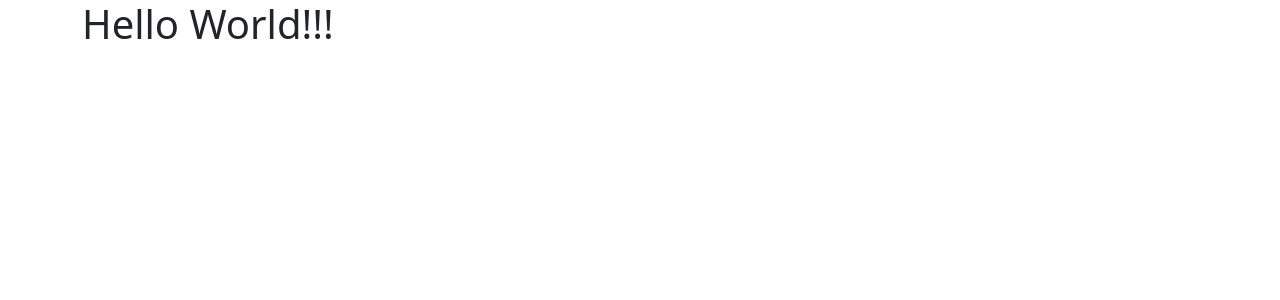
Repository: mennaabdelelhady/PHP-CRUD
Page: http://localhost/
These files come from the project's save history. The page is drawn as it stood at one moment and after the next save; the edit follows.
The browser window is 1280 px wide. The pictures show the whole page.
The page is run by PHP 8.4 with error messages shown; the project is at /var/www/html/.

Above is the page before, as saved 2024-12-30 01:30:55.

### public/index.php
<?php

$title ="Simple PHP CRUD - Contacts";

?>

<!DOCTYPE html>
<html lang="en">
<head>
    <meta charset="UTF-8">
    <meta name="viewport" content="width=device-width, initial-scale=1.0">
    <link href="https://cdn.jsdelivr.net/npm/bootstrap@5.3.3/dist/css/bootstrap.min.css" rel="stylesheet" integrity="sha384-QWTKZyjpPEjISv5WaRU9OFeRpok6YctnYmDr5pNlyT2bRjXh0JMhjY6hW+ALEwIH" crossorigin="anonymous">
    <title><?php echo $title ?></title>
</head>
<body class="container">
    <h1>Hello World!!!</h1>
</body>
</html>

After the next save:
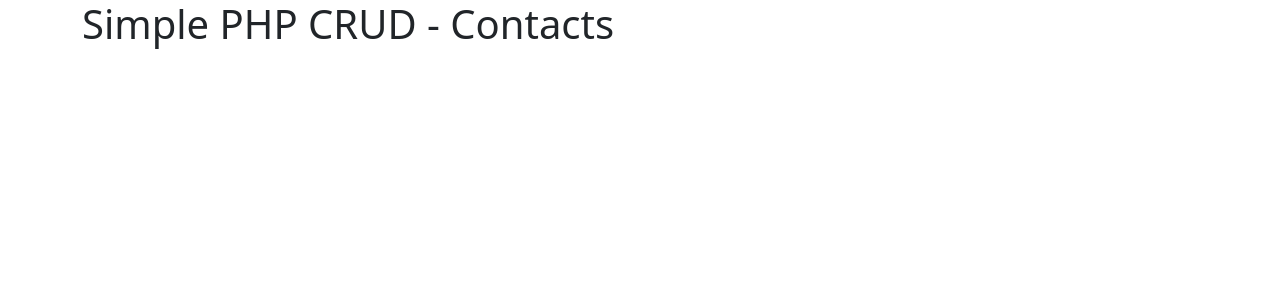
Saved 45 s later.
--- a/public/index.php
+++ b/public/index.php
@@ -13,6 +13,6 @@ $title ="Simple PHP CRUD - Contacts";
     <title><?php echo $title ?></title>
 </head>
 <body class="container">
-    <h1>Hello World!!!</h1>
+    <h1><?php echo $title ?></h1>
 </body>
 </html>
